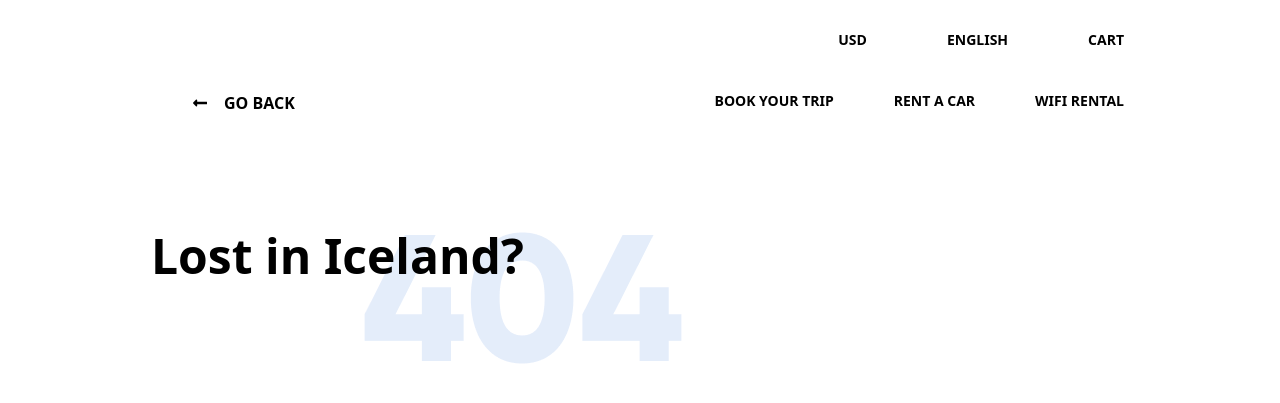
Repository: uh-sman/Iceland
Page: /
These files come from the project's save history. The page is drawn as it stood at one moment and after the next save; the edit follows.
The browser window is 1280 px wide. The pictures show the whole page.
The project was rebuilt for these pictures with package versions that can differ from the ones it lists, and the page was loaded fresh each time.

Above is the page before, as saved 2022-09-08 21:31:55.

After the next save:
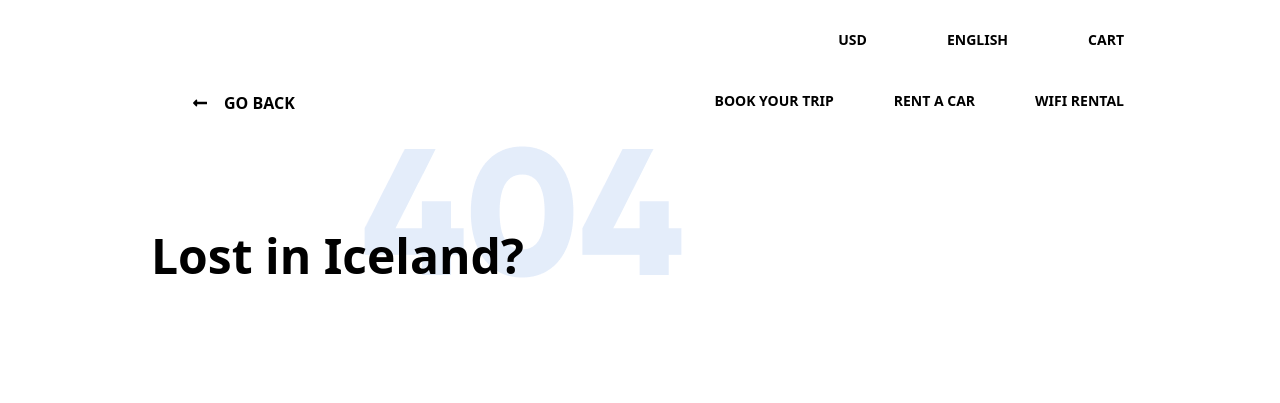
Saved 24 s later.
--- a/src/components/Hero.js
+++ b/src/components/Hero.js
@@ -4,7 +4,7 @@ export const Hero = () => {
   return (
     <div>
       <div>
-        <img src={four} className="absolute left-[364px] top-[232px]" />
+        <img src={four} className="absolute left-[364px] top-[146px]" />
       </div>
       <div>
         <h1 className="font-semibold text-5xl absolute left-[151px] top-[232px]">
